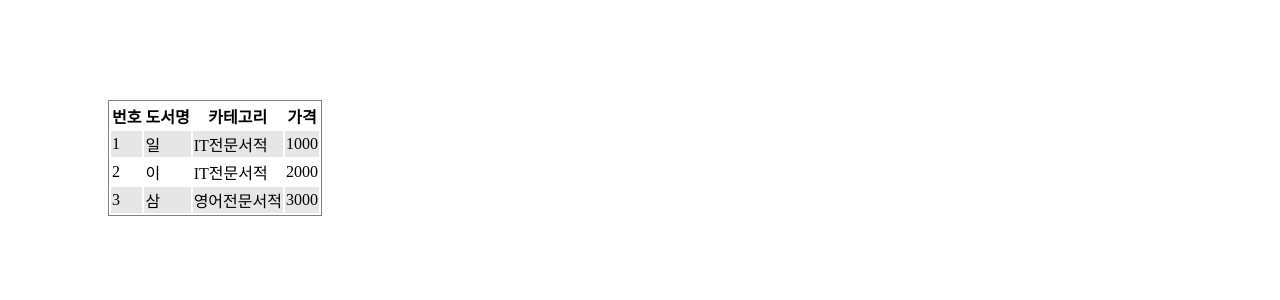
Repository: phoresis92/KITRI_JSP
Page: http://localhost/eljstl2/product.do
The author's editor kept a copy of each file at every save. The page is drawn from the files as they stood at one save, then again after the next save.
The browser window is 1280 px wide. The pictures show the whole page.
The page is served by Tomcat 9.

Above is the page before, as saved 2018-12-20 07:25:39.

After the next save:
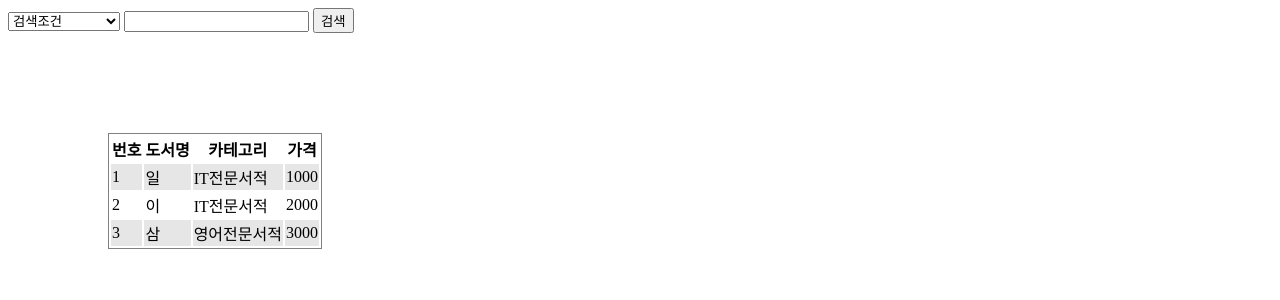
Saved 6 min 58 s later.
--- a/JSP_workspace/eljstl2/WebContent/productlistresult.jsp
+++ b/JSP_workspace/eljstl2/WebContent/productlistresult.jsp
@@ -50,6 +50,15 @@
 
 	</table> --%>
 
+	<div>
+		<select>
+			<option>검색조건</option>
+			<option value="number">번호로 검색</option>
+			<option value="name">도서명으로 검색</option>
+		</select>
+		<input type="search">
+		<button>검색</button>
+	</div>
 	<c:set var="list" value="${ requestScope.PROD }" />
 	<table style="border: 1px solid gray; margin: 100px;">
 		<tr>
@@ -70,5 +79,7 @@
 
 	</table>
 
+
+
 </body>
 </html>
